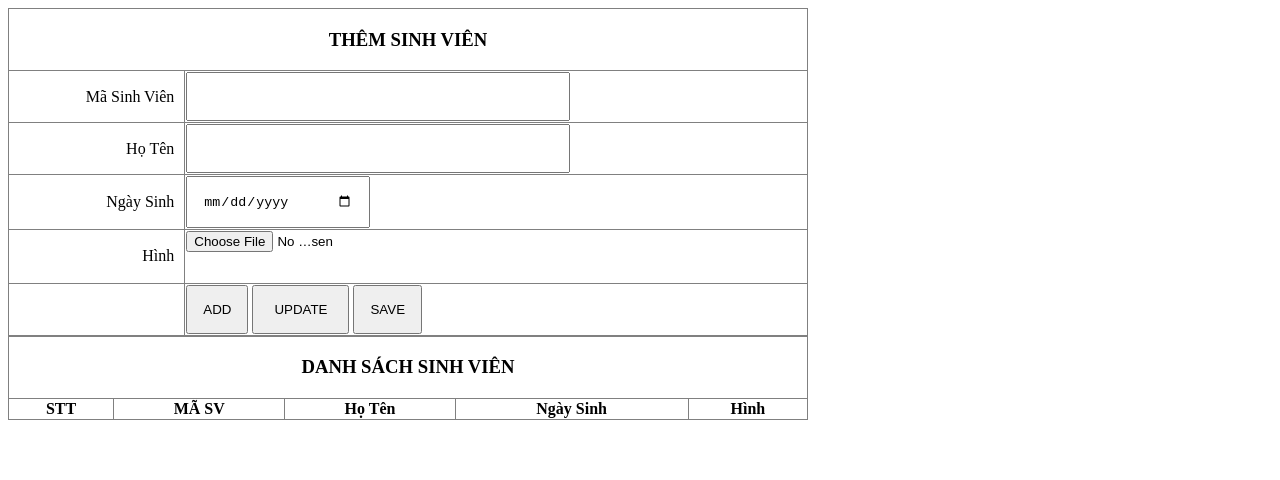
Repository: Tan-Khang21/TH_TKW--Buoi_04
Page: Bai_Tap_Mau/Bai_04/Bai_04.html
The author's editor kept a copy of each file at every save. The page is drawn from the files as they stood at one save, then again after the next save.
The browser window is 1280 px wide. The pictures show the whole page.

Above is the page before, as saved 2024-03-06 10:07:28.

After the next save:
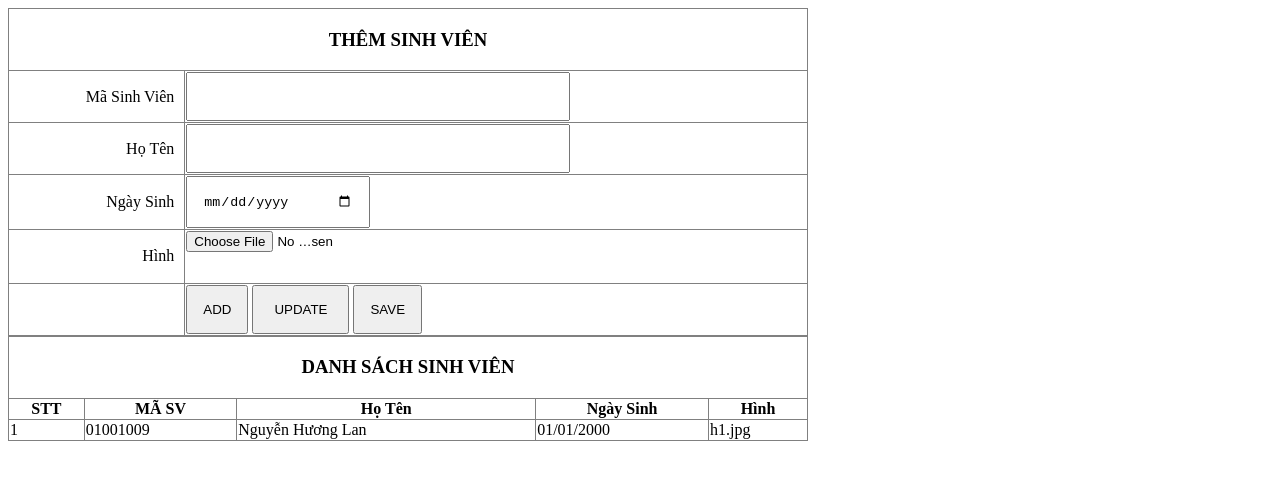
Saved 84 s later.
--- a/Bai_Tap_Mau/Bai_04/Bai_04.html
+++ b/Bai_Tap_Mau/Bai_04/Bai_04.html
@@ -44,6 +44,13 @@
             <th>Ngày Sinh</th>
             <th>Hình</th>
         </tr>
+        <tr>
+            <td>1</td>
+            <td>01001009</td>
+            <td>Nguyễn Hương Lan</td>
+            <td>01/01/2000</td>
+            <td>h1.jpg</td>
+        </tr>
     </table>
 </body>
 </html>
